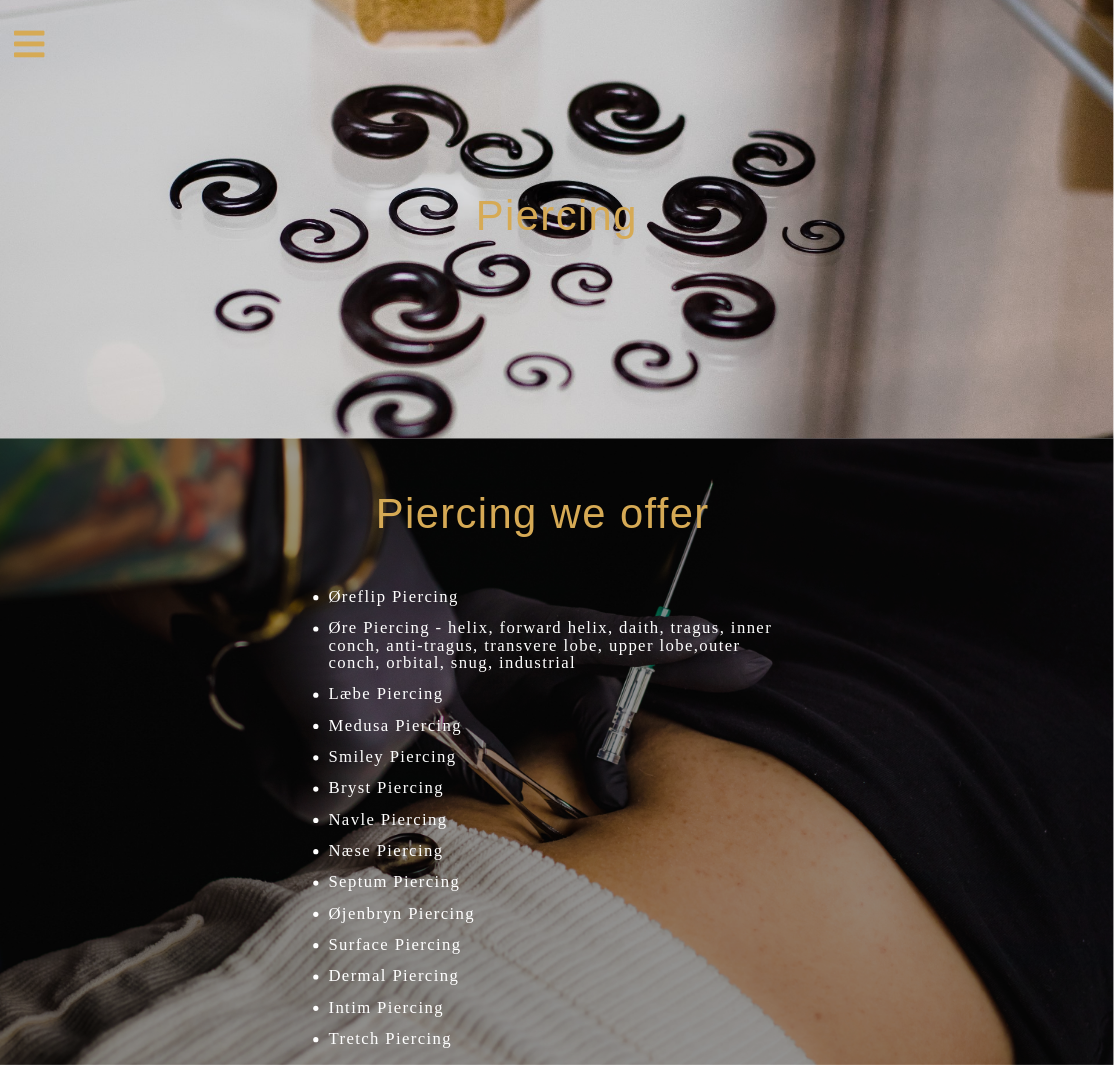
Repository: Spreceriany/TattooWeb
Page: piercing-en.html
The author's editor kept a copy of each file at every save. The page is drawn from the files as they stood at one save, then again after the next save.
The browser window is 1280 px wide. The pictures show the part of the page from y = 0 to 1236 px (the page is 3082 px tall), at 87% of full size.
A picture or video elsewhere on the page could not be fetched, so the positions and the page height are approximate. Some web fonts or font styles are not loaded; a fallback is used. Some web libraries are served in a nearby version.

Above is the page before, as saved 2020-04-10 12:27:45.
Console error: TypeError: Cannot read properties of null (reading 'addEventListener')

### piercing-en.html
<!DOCTYPE html>
<html>

<head>
  <meta charset='utf-8'>
  <meta http-equiv='X-UA-Compatible' content='IE=edge'>
  <title>Piercing - Manovistudio</title>
  <meta name='viewport' content='width=device-width, initial-scale=1'>
  <link rel='stylesheet' type='text/css' media='screen' href='css/main.css'>

  <link rel="stylesheet" href="https://stackpath.bootstrapcdn.com/bootstrap/4.4.1/css/bootstrap.min.css"
    integrity="sha384-Vkoo8x4CGsO3+Hhxv8T/Q5PaXtkKtu6ug5TOeNV6gBiFeWPGFN9MuhOf23Q9Ifjh" crossorigin="anonymous">

  <link rel="stylesheet" href="https://use.fontawesome.com/releases/v5.11.2/css/all.css">

  <link rel="stylesheet" href="css/mdb.min.css">

  <link rel="stylesheet" href="css/lightgallery.min.css">

  <link rel="stylesheet" href="css/swiper.css">

  <link rel="stylesheet" href="css/aos.css">

  <link rel="stylesheet" href="css/style.css">

  <link rel="icon" type="image/png" href="/images/favicon-32x32.png" sizes="32x32" />
  <link rel="icon" type="image/png" href="/images/favicon-16x16.png" sizes="16x16" />


</head>

<body>
  <div style="overflow-x:hidden; position:relative">

    <div class="wrapper-piercing">
      <button class="netflix-nav-btn netflix-open-btn">
        <i class="fas fa-bars fa-2x"></i>
      </button>

      <h1 class="gold site-section-heading2" data-aos="fade" data-aos-duration="2000">Piercing</h1>


      <div class="netflix-nav netflix-nav-black">
        <div class="netflix-nav netflix-nav-red">
          <div class="netflix-nav netflix-nav-white">

            <button class="netflix-nav-btn netflix-close-btn"><i class="fas fa-times"></i></button>

            <img class="netflix-logo" src="images/GOLD.png" alt="ManoviStudio Logo" />

            <ul class="netflix-list">
              <li><a href="index-en.php">Home</a></li>
              <li><a href="index-en.php#about">About</a></li>
              <li><a href="index-en.php#services">Services</a></li>
              <li>
                <ul>
                  <li><a href="tattoo-en.html">Tattoo</a></li>
                  <li><a href="beauty-en.html">Beauty</a></li>
                  <li><a href="piercing-en.html" class="gold">Piercing</a></li>

                </ul>
              </li>
              <li><a href="index-en.php#contact">Contact Us</a></li>
              <li>
                <a href="piercing.html">Danish</a><img src="/images//denmark.svg" alt="danish-flag" class="flag" />
              </li>

            </ul>
          </div>
        </div>
      </div>
    </div>

    <div class="container-fluid px-0 piercing-bg">
      <div class="row align-items-center h-100">
        <div class="offset-0 offset-md-3">

        </div>
        <div class="col-12 col-md-6">
          <div>
            <h2 class="text-center gold site-section-heading2 pt-5">Piercing we offer</h2>
          <ul class="text-left fa-ul pt-5 py-5 text-white">
            <li class="mb-3" data-aos="fade" data-aos-duration="1500"> Øreflip Piercing
            </li>
            <li class="mb-3" data-aos="fade" data-aos-duration="1500"> </i></span>Øre Piercing - helix, forward helix, daith, tragus, inner conch,
              anti-tragus, transvere lobe, upper lobe,outer conch, orbital,
              snug, industrial
            </li>
            <li class="mb-3" data-aos="fade" data-aos-duration="1500"> Læbe Piercing
            </li>
            <li class="mb-3" data-aos="fade" data-aos-duration="1500">Medusa  Piercing
            </li>
            <li class="mb-3" data-aos="fade" data-aos-duration="1500"> Smiley 	 Piercing
            </li>
            <li class="mb-3" data-aos="fade" data-aos-duration="1500"> Bryst  Piercing
            </li>
            <li class="mb-3" data-aos="fade" data-aos-duration="1500"> Navle   Piercing
            </li>
            <li class="mb-3" data-aos="fade" data-aos-duration="1500"> Næse   Piercing
            </li>

            <li class="mb-3" data-aos="fade" data-aos-duration="1500"> Septum      Piercing
            </li>

            <li class="mb-3" data-aos="fade" data-aos-duration="1500"> Øjenbryn	   Piercing
            </li>

            <li class="mb-3" data-aos="fade" data-aos-duration="1500"> Surface    Piercing
            </li>

            <li class="mb-3" data-aos="fade" data-aos-duration="1500"> Dermal   Piercing
            </li>

            <li class="mb-3" data-aos="fade" data-aos-duration="1500"> Intim    Piercing
            </li>

            <li class="mb-3" data-aos="fade" data-aos-duration="1500"> Tretch   Piercing
            </li>


          </ul>
          </div>

        </div>
        <div class="offset-0 offset-md-3">

        </div>
      </div>
    </div>



    <div class="container pt-4 mt-2" data-aos="fade">
      <div class="row text-center">
        <div class="col-12">
          <h2 class="text-dark site-section-heading text-center">Prices</h2>

        </div>
        <div class="col-12" >
          <img src="images/price-piercing.jpg" alt="price-list" class="pricing-picture">
        </div>
      </div>
    </div>
    <div class="site-wrap" data-aos="fade">





      <div class="site-section" data-aos="fade">
        <div class="container-fluid">

          <div class="row justify-content-center">

            <div class="col-md-7">
              <div class="row mb-5">
                <div class="col-12 ">
                  <h2 class="site-section-heading text-center">Gallery</h2>
                </div>
              </div>
            </div>

          </div>
          <div class="row gallery-container" id="lightgallery">
            <div class="col-sm-6 col-md-4 col-lg-4 col-xl-3 item img-gallery center-images-tattoo image-box"
              data-aos="fade" data-src="images/Piercing/Untitled-Artwork(1).jpg"
              data-sub-html="<h4>Fading Light</h4><p>Lorem ipsum dolor sit amet, consectetur adipisicing elit. Dolor doloremque hic excepturi fugit, sunt impedit fuga tempora, ad amet aliquid?</p>">
              <a href="#"><img src="images/Piercing/Untitled-Artwork(1).jpg" alt="IMage"
                  class="img-fluid img-resize2"></a>
            </div>
            <div class="col-sm-6 col-md-4 col-lg-4 col-xl-3 item img-gallery center-images-tattoo image-box"
              data-aos="fade" data-src="images/Piercing/Untitled-Artwork(2).jpg"
              data-sub-html="<h4>Fading Light</h4><p>Lorem ipsum dolor sit amet, consectetur adipisicing elit. Laboriosam omnis quaerat molestiae, praesentium. Ipsam, reiciendis. Aut molestiae animi earum laudantium.</p>">
              <a href="#"><img src="images/Piercing/Untitled-Artwork(2).jpg" alt="IMage"
                  class="img-fluid img-resize2"></a>
            </div>
            <div class="col-sm-6 col-md-4 col-lg-4 col-xl-3 item img-gallery  center-images-tattoo image-box"
              data-aos="fade" data-src="images/Piercing/Untitled-Artwork(3).jpg"
              data-sub-html="<h4>Fading Light</h4><p>Lorem ipsum dolor sit amet, consectetur adipisicing elit. Quidem reiciendis, dolorum illo temporibus culpa eaque dolore rerum quod voluptate doloribus.</p>">
              <a href="#"><img src="images/Piercing/Untitled-Artwork(3).jpg" alt="IMage"
                  class="img-fluid img-resize2"></a>
            </div>
            <div class="col-sm-6 col-md-4 col-lg-4 col-xl-3 item img-gallery  center-images-tattoo image-box"
              data-aos="fade" data-src="images//Piercing/Untitled-Artwork(4).jpg"
              data-sub-html="<h4>Fading Light</h4><p>Lorem ipsum dolor sit amet, consectetur adipisicing elit. Enim perferendis quae iusto omnis praesentium labore tempore eligendi quo corporis sapiente.</p>">
              <a href="#"><img src="images/Piercing/Untitled-Artwork(4).jpg" alt="IMage"
                  class="img-fluid img-resize2"></a>
            </div>
            <div class="col-sm-6 col-md-4 col-lg-4 col-xl-3 item img-gallery  center-images-tattoo image-box"
              data-aos="fade" data-src="images/Piercing/Untitled-Artwork(5).jpg"
              data-sub-html="<h4>Fading Light</h4><p>Lorem ipsum dolor sit amet, consectetur adipisicing elit. Saepe, voluptatum voluptate tempore aliquam, dolorem distinctio. In quas maiores tenetur sequi.</p>">
              <a href="#"><img src="images/Piercing/Untitled-Artwork(5).jpg" alt="IMage"
                  class="img-fluid img-resize2"></a>
            </div>
            <div class="col-sm-6 col-md-4 col-lg-4 col-xl-3 item img-gallery  center-images-tattoo image-box"
              data-aos="fade" data-src="images/Piercing/Untitled-Artwork(6).jpg"
              data-sub-html="<h4>Fading Light</h4><p>Lorem ipsum dolor sit amet, consectetur adipisicing elit. Saepe, voluptatum voluptate tempore aliquam, dolorem distinctio. In quas maiores tenetur sequi.</p>">
              <a href="#"><img src="images/Piercing/Untitled-Artwork(6).jpg" alt="IMage"
                  class="img-fluid img-resize2"></a>
            </div>






          </div>
        </div>
      </div>






    </div>


    <div class="container-fluid px-0">
      <!--- Footer -->
      <footer class="footer-bs">
        <div class="row">
          <div class="col-md-4 footer-brand animated fadeInLeft d-flex col-12">
            <img src="images/GOLD.png" alt=""
              class=" d-flex justify-content-center align-self-center logo-footer mx-auto" />
          </div>
          <div class="col-12 col-md-4 text-center justify-content-center align-content-center d-flex   ">
            <p class="align-self-center mb-sm-4 gray">All right reserved &copy;</p>
          </div>

          <div
            class="col-md-4 col-12 footer-social animated fadeInDown d-flex flex-column mx-auto text-center justify-content-center align-items-center  ">
            <h4 class="gray">Follow Us</h4>
            <ul class="text-center flex-row d-flex mx-1">
              <li>
                <a href="https://www.instagram.com/alex_manovi_tattoo/">
                  <i class="fab fa-instagram fa-2x mb-1 ikonka hvr-bob" aria-hidden="true"></i>
                </a>
              </li>
              <li>
                <a href="https://www.facebook.com/manovistudio/">
                  <i class="fab fa-facebook fa-2x ikonka hvr-bob" aria-hidden="true"></i>
                </a>
              </li>
            </ul>
          </div>

        </div>
      </footer>
    </div>
  </div>











  <!-- Optional JavaScript -->
  <!-- jQuery first, then Popper.js, then Bootstrap JS -->
  <script  src="js/jquery-3.3.1.min.js"></script>
  <script  src="js/swiper.min.js"></script>
  <script src="js/aos.js"></script>
  <script defer src="js/lightgallery-all.min.js"></script>
  <script src="js/main.js"></script>
  <script defer type="text/javascript" src="js/bootstrap.min.js"></script>
  <script src="js/js.js"></script>
  <script>
    $(document).ready(function () {
      $('#lightgallery').lightGallery();
    });
  </script>

</body>

</html>

Loaded but not shown: css/mdb.min.css (library); css/lightgallery.min.css (library); css/swiper.css (library); css/aos.css (library); js/jquery-3.3.1.min.js (library); js/swiper.min.js (library); js/aos.js (library); js/lightgallery-all.min.js (library); js/bootstrap.min.js (library); js/main.js (294 lines, source omitted); js/js.js (142 lines, source omitted); css/style.css (1190 lines, source omitted); css/main.css (1872 lines, source omitted)

After the next save:
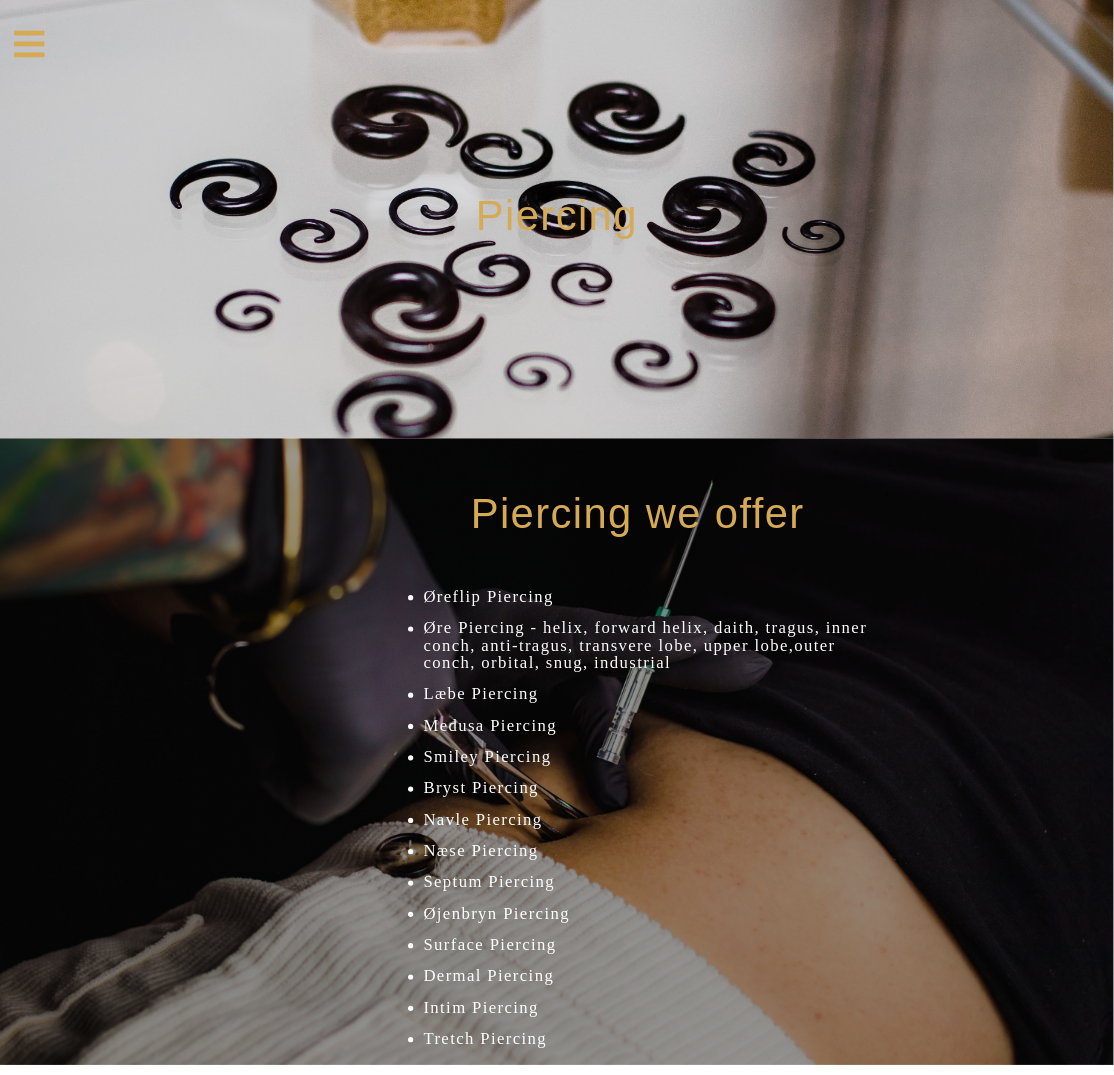
Saved 3 min 21 s later.
--- a/piercing-en.html
+++ b/piercing-en.html
@@ -73,7 +73,7 @@
 
     <div class="container-fluid px-0 piercing-bg">
       <div class="row align-items-center h-100">
-        <div class="offset-0 offset-md-3">
+        <div class="offset-0 offset-md-4">
 
         </div>
         <div class="col-12 col-md-6">
@@ -122,7 +122,7 @@
           </div>
 
         </div>
-        <div class="offset-0 offset-md-3">
+        <div class="offset-0 offset-md-2">
 
         </div>
       </div>

After the save that followed:
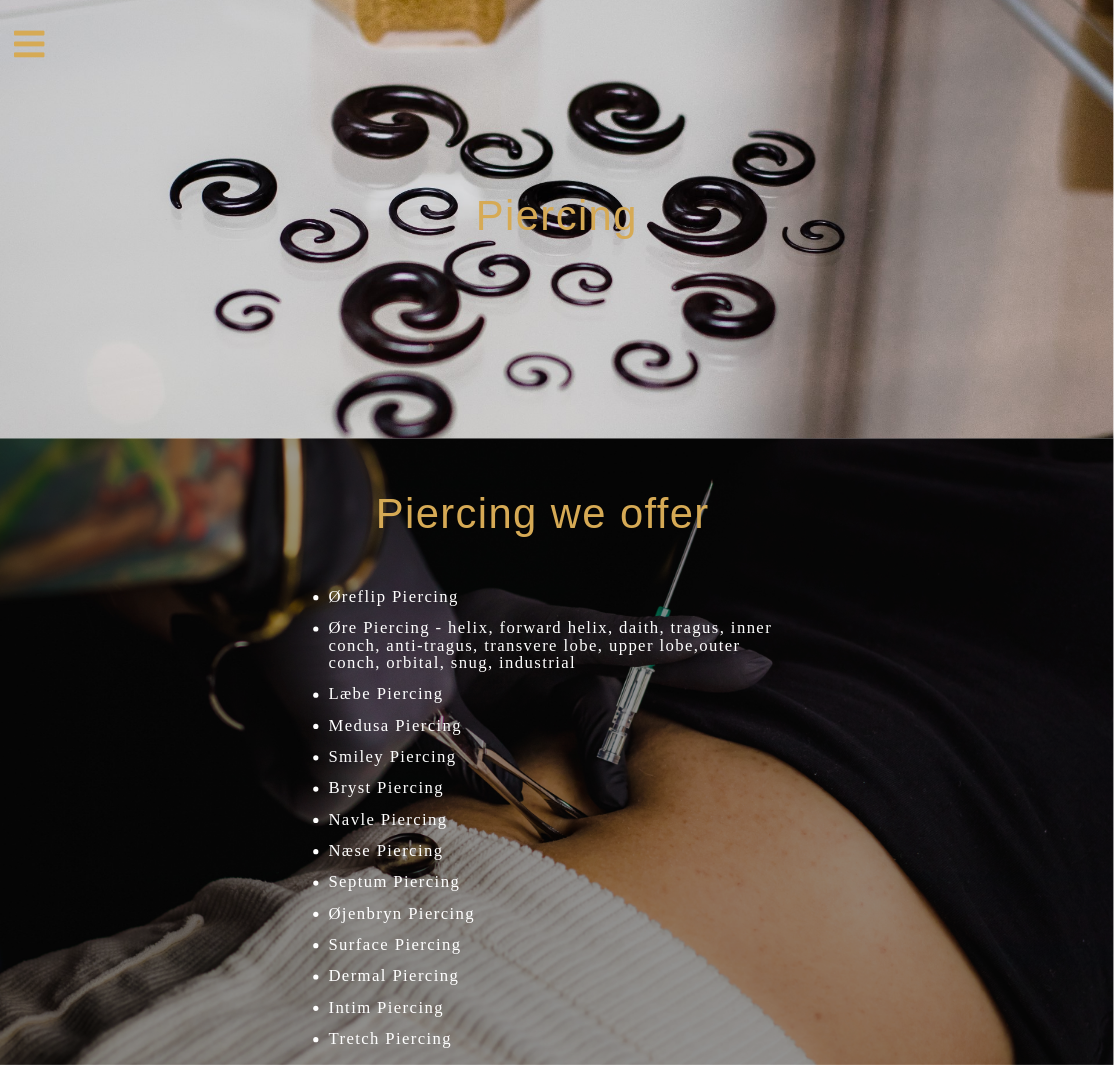
Saved 7 s later.
--- a/piercing-en.html
+++ b/piercing-en.html
@@ -73,7 +73,7 @@
 
     <div class="container-fluid px-0 piercing-bg">
       <div class="row align-items-center h-100">
-        <div class="offset-0 offset-md-4">
+        <div class="offset-0 offset-md-3">
 
         </div>
         <div class="col-12 col-md-6">
@@ -122,7 +122,7 @@
           </div>
 
         </div>
-        <div class="offset-0 offset-md-2">
+        <div class="offset-0 offset-md-3">
 
         </div>
       </div>
